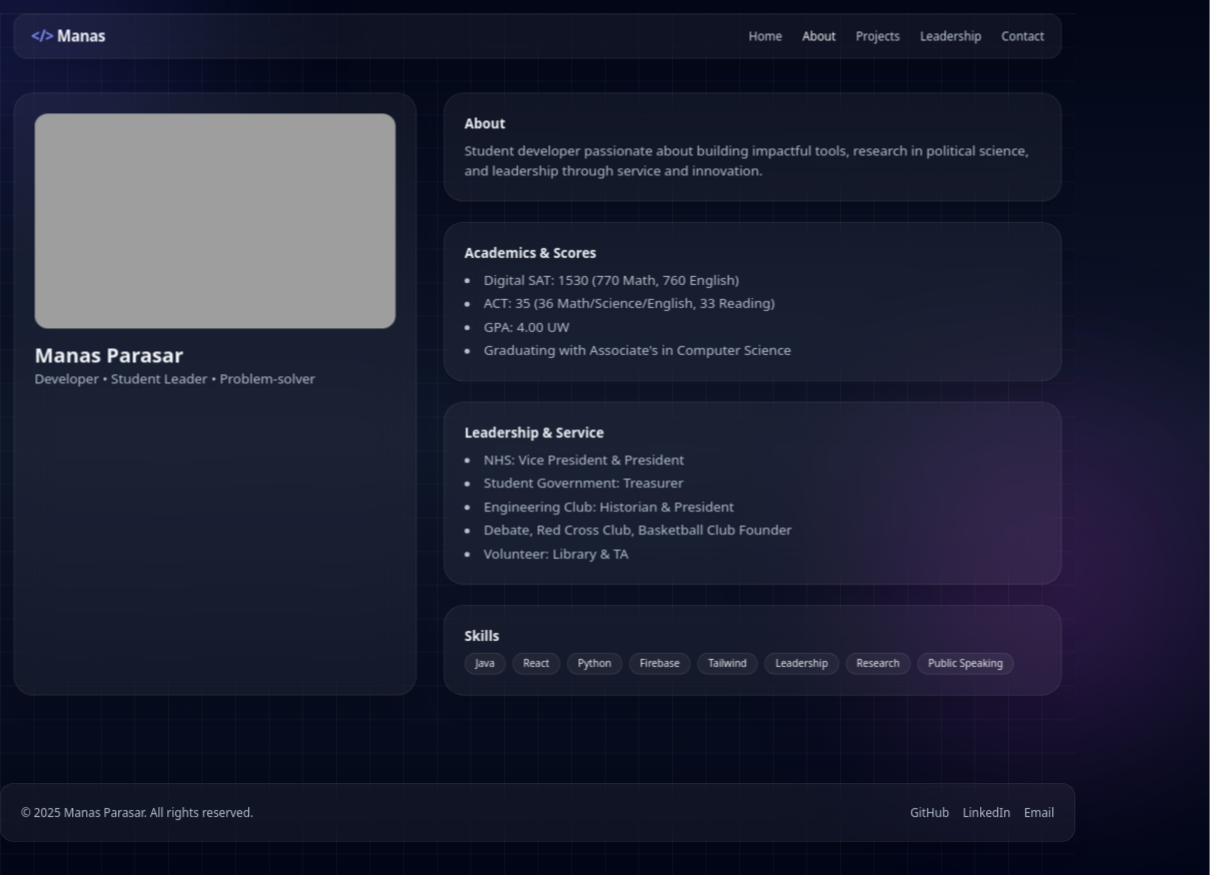
Repository: Manas-Parasar/portfolio-manas-parasar
Page: /about
These files come from the project's save history. The page is drawn as it stood at one moment and after the next save; the edit follows.
The browser window is 1280 px wide. The page is 1440 px wide, so the pictures cover 1440 px, including what lies to the right of the window. The pictures show the whole page, at 84% of full size.
Pictures or frames that could not be fetched are drawn as grey boxes. The project was rebuilt for these pictures with package versions that can differ from the ones it lists, and the page was loaded fresh each time. Also part of the build but not shown: vite.config.js, src/components/Hero.jsx, src/components/Section.jsx, src/components/ProjectCard.jsx, src/pages/Home.jsx, src/pages/Projects.jsx, src/components/TimelineItem.jsx, src/pages/Leadership.jsx and 1 more.

Above is the page before, as saved 2025-08-19 17:14:18.

After the next save:
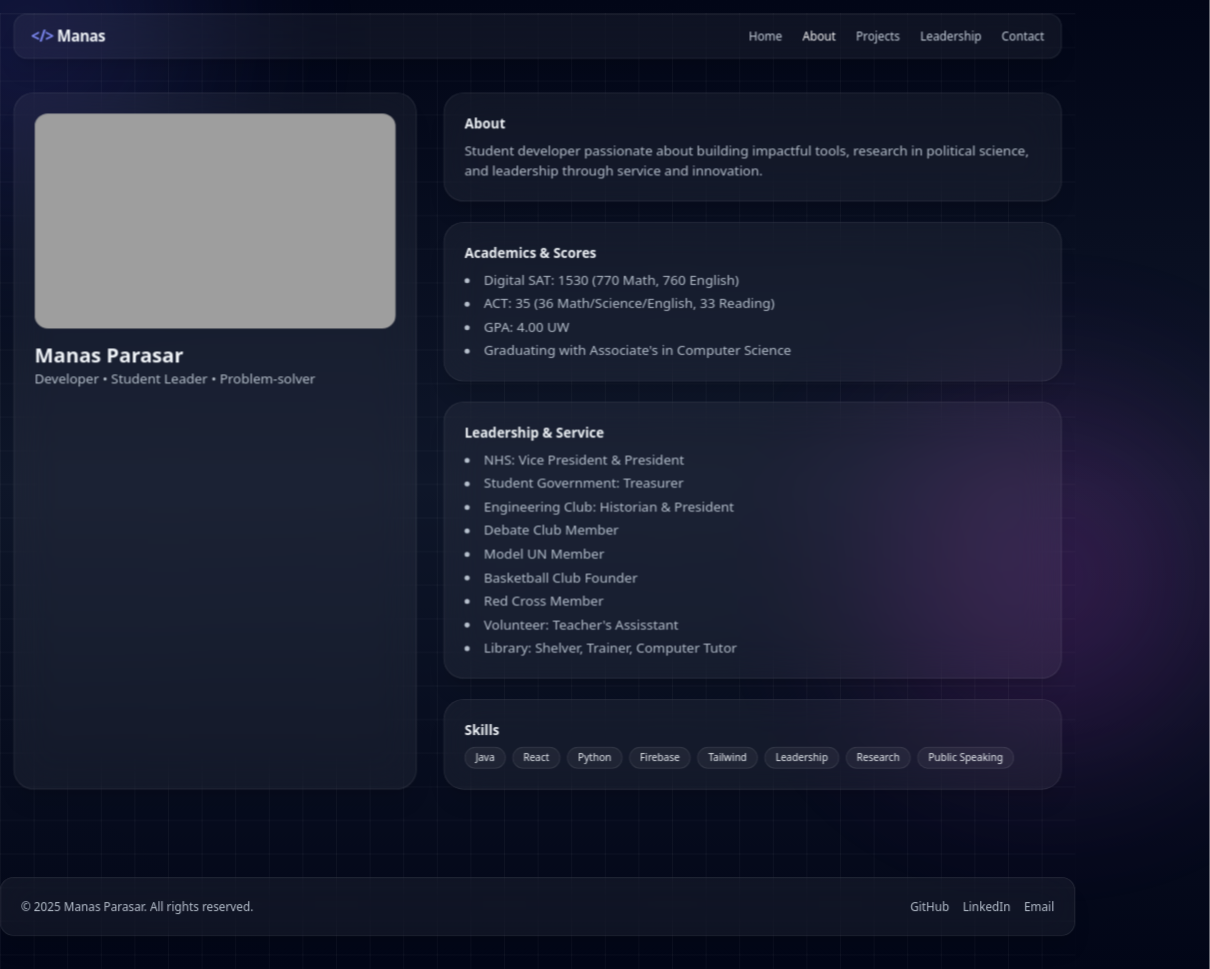
Saved 4 min 32 s later.
--- a/src/pages/About.jsx
+++ b/src/pages/About.jsx
@@ -34,8 +34,12 @@ export default function About() {
             <li>NHS: Vice President & President</li>
             <li>Student Government: Treasurer</li>
             <li>Engineering Club: Historian & President</li>
-            <li>Debate, Red Cross Club, Basketball Club Founder</li>
-            <li>Volunteer: Library & TA</li>
+            <li>Debate Club Member</li>
+            <li>Model UN Member</li>
+            <li>Basketball Club Founder</li>
+            <li>Red Cross Member</li>
+            <li>Volunteer: Teacher's Assisstant</li>
+            <li>Library: Shelver, Trainer, Computer Tutor</li>
           </ul>
         </div>
         <div className="glass rounded-3xl p-6">
